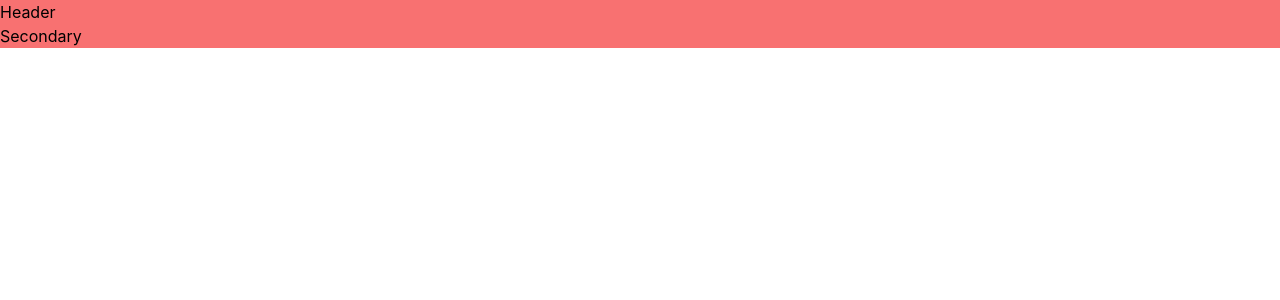
Repository: Sushant203/react-training-
Page: /
An editor plug-in stored every save of this project. The page is shown before and after the next save, followed by the edit.
The browser window is 1280 px wide. The pictures show the whole page.
The project was rebuilt for these pictures with package versions that can differ from the ones it lists, and the page was loaded fresh each time. Also part of the build but not shown: src/App.css, src/components/LowerNav.jsx, src/components/UpperNav.jsx.

Above is the page before, as saved 2022-12-19 09:20:07.

### src/App.js

import './App.css';
import LowerNav from './components/LowerNav';
import UpperNav from './components/UpperNav';
import Layout from './Hoc/Layout/Layout'

function App() {
  return (
    <div>
     <Layout />
    </div>
  );
}

export default App;

### src/Hoc/Layout/Layout.jsx
import React from "react";
import Toolbar from "../../components/Naviagtion/Toolbar/index";

function Layout() {
  return (
    <div>
      {/* toolbar */}
      <Toolbar />
    </div>
  );
}

export default Layout;

### src/components/Naviagtion/Toolbar/index.jsx
import React from "react";
import Header from "./header";
import Secondary from "./Secondary";

function Index() {
  return (
    <div className="h-12 bg-red-400 w-screen">
      <Header />
      <Secondary />
    </div>
  );
}

export default Index;

### src/components/Naviagtion/Toolbar/Secondary.jsx
import React from "react";

function Secondary() {
  return <div>Secondary</div>;
}

export default Secondary;

Loaded but not shown: public/index.html (common file); src/index.js (common file); src/index.css (common file); src/reportWebVitals.js (common file); src/components/Naviagtion/Toolbar/header.jsx (common file); tailwind.config.js (common file)

After the next save:
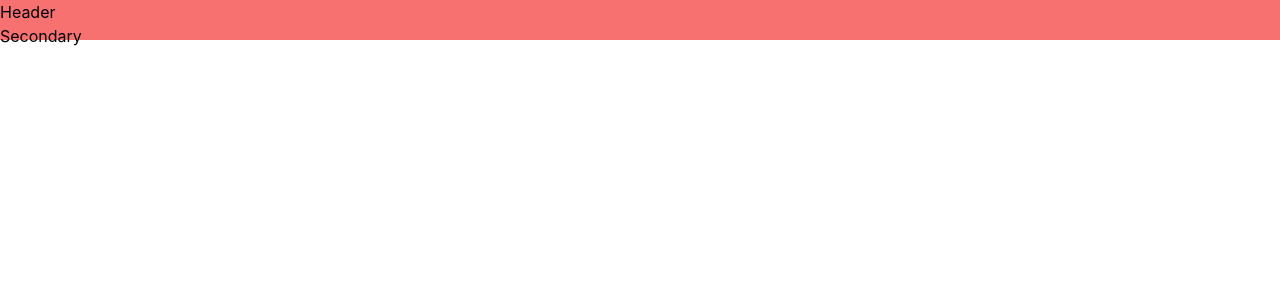
Saved 6 s later.
--- a/src/components/Naviagtion/Toolbar/index.jsx
+++ b/src/components/Naviagtion/Toolbar/index.jsx
@@ -4,7 +4,7 @@ import Secondary from "./Secondary";
 
 function Index() {
   return (
-    <div className="h-12 bg-red-400 w-screen">
+    <div className="h-10 bg-red-400 w-screen">
       <Header />
       <Secondary />
     </div>
